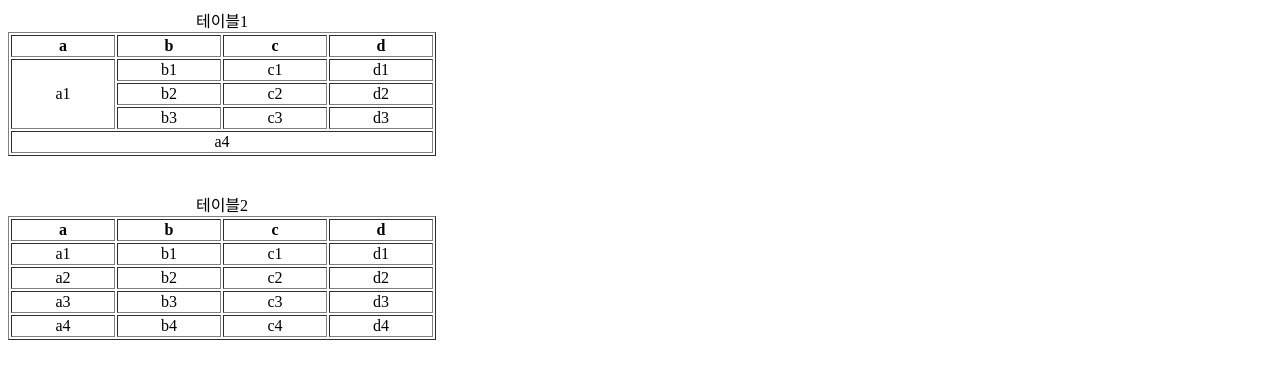
Repository: roditee/Frontend_ex
Page: HTML01/src/main/webapp/table.html
An editor plug-in stored every save of this project. The page is shown before and after the next save, followed by the edit.
The browser window is 1280 px wide. The pictures show the whole page.

Above is the page before, as saved 2021-12-02 05:15:07.

### HTML01/src/main/webapp/table.html
<!DOCTYPE html>
<html>
	<head>
		<meta charset="UTF-8">
		<title>테이블 태그</title>
		<style>
			td {width : 100px;}
		</style>
	</head>
	<body>
		<table border="1">
			<caption>테이블1</caption>
			<thead align="center">
			<tr><th>a</th><th>b</th><th>c</th><th>d</th></tr>
			<tr><td rowspan="3">a1</td><td>b1</td><td>c1</td><td>d1</td></tr>
			<tr><td>b2</td><td>c2</td><td>d2</td></tr>
			<tr><td>b3</td><td>c3</td><td>d3</td></tr>
			<tr><td colspan="4">a4</td></tr>
		</table>

		<br><br>
		<table border="1">
			<caption>테이블2</caption>
			<thead align="center">
			<tr><th>a</th><th>b</th><th>c</th><th>d</th></tr>
			<tr><td>a1</td><td>b1</td><td>c1</td><td>d1</td></tr>
			<tr><td>a2</td><td>b2</td><td>c2</td><td>d2</td></tr>
			<tr><td>a3</td><td>b3</td><td>c3</td><td>d3</td></tr>
			<tr><td>a4</td><td>b4</td><td>c4</td><td>d4</td></tr>
		</table>
	</body>
</html>

After the next save:
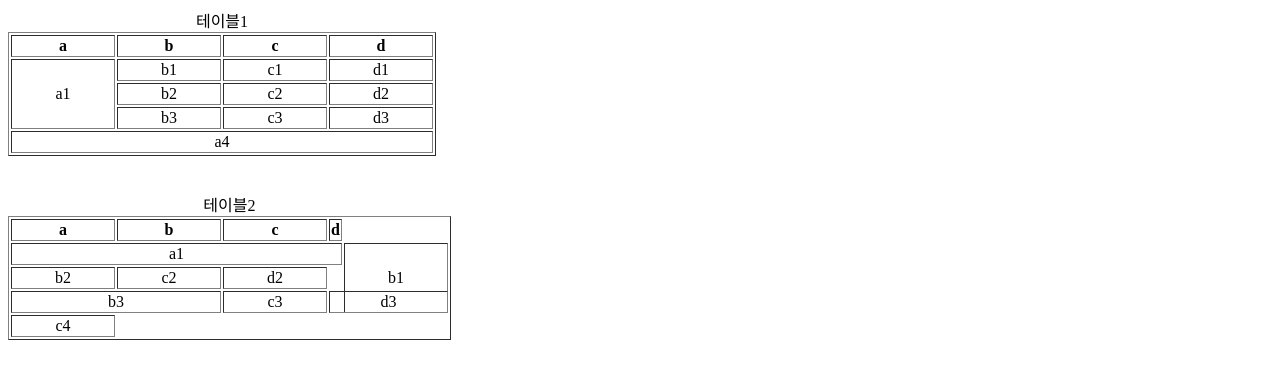
Saved 2 min 25 s later.
--- a/HTML01/src/main/webapp/table.html
+++ b/HTML01/src/main/webapp/table.html
@@ -23,10 +23,10 @@
 			<caption>테이블2</caption>
 			<thead align="center">
 			<tr><th>a</th><th>b</th><th>c</th><th>d</th></tr>
-			<tr><td>a1</td><td>b1</td><td>c1</td><td>d1</td></tr>
-			<tr><td>a2</td><td>b2</td><td>c2</td><td>d2</td></tr>
-			<tr><td>a3</td><td>b3</td><td>c3</td><td>d3</td></tr>
-			<tr><td>a4</td><td>b4</td><td>c4</td><td>d4</td></tr>
+			<tr><td colspan="4">a1</td><td rowspan="3">b1</td></tr>
+			<tr><td>b2</td><td>c2</td><td>d2</td></tr>
+			<tr><td colspan="2">b3</td><td>c3</td><td colspan="2">d3</td></tr>
+			<tr><td>c4</td></tr>
 		</table>
 	</body>
 </html>
